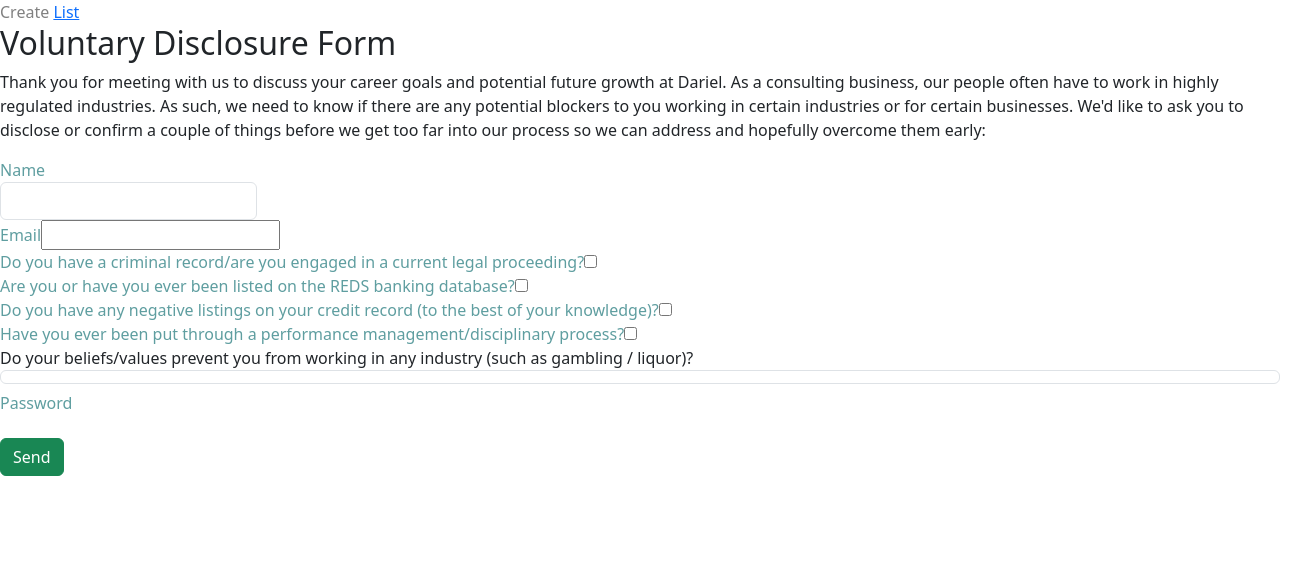
Repository: NtuthukoM/VoluntaryDisclosure
Page: / (app in disclosures-client/)
An editor plug-in stored every save of this project. The page is shown before and after a run of saves, followed by the edit.
The browser window is 1280 px wide. The page is 1292 px wide, so the pictures cover 1292 px, including what lies to the right of the window. The pictures show the whole page.
The project was rebuilt for these pictures with package versions that can differ from the ones it lists, and the page was loaded fresh each time. Also part of the build but not shown: disclosures-client/src/pages/ListDisclosures.js, disclosures-client/src/pages/DisclosureDetails.js, disclosures-client/src/pages/DisclosureSubmitted.js.

Above is the page before, as saved 2023-05-30 20:40:54.

### disclosures-client/public/index.html
<!DOCTYPE html>
<html lang="en">
  <head>
    <meta charset="utf-8" />

    <meta name="viewport" content="width=device-width, initial-scale=1" />
    <meta name="theme-color" content="#000000" />
    <meta
      name="description"
      content="Web site created using create-react-app"
    />
    <link rel="apple-touch-icon" href="%PUBLIC_URL%/logo192.png" />
    <!--
      manifest.json provides metadata used when your web app is installed on a
      user's mobile device or desktop. See https://developers.google.com/web/fundamentals/web-app-manifest/
    -->
    <link rel="manifest" href="%PUBLIC_URL%/manifest.json" />
    <!--
      Notice the use of %PUBLIC_URL% in the tags above.
      It will be replaced with the URL of the `public` folder during the build.
      Only files inside the `public` folder can be referenced from the HTML.

      Unlike "/favicon.ico" or "favicon.ico", "%PUBLIC_URL%/favicon.ico" will
      work correctly both with client-side routing and a non-root public URL.
      Learn how to configure a non-root public URL by running `npm run build`.
    -->
    <title>React App</title>
  </head>
  <body>
    <noscript>You need to enable JavaScript to run this app.</noscript>
    <div id="root"></div>
    <!--
      This HTML file is a template.
      If you open it directly in the browser, you will see an empty page.

      You can add webfonts, meta tags, or analytics to this file.
      The build step will place the bundled scripts into the <body> tag.

      To begin the development, run `npm start` or `yarn start`.
      To create a production bundle, use `npm run build` or `yarn build`.
    -->
  </body>
</html>

### disclosures-client/src/index.js
import React from 'react';
import ReactDOM from 'react-dom/client';
import './bootstrap.css';
// import './index.css';
import App from './App';
import reportWebVitals from './reportWebVitals';

const root = ReactDOM.createRoot(document.getElementById('root'));
root.render(
  <React.StrictMode>
    <App />
  </React.StrictMode>
);

// If you want to start measuring performance in your app, pass a function
// to log results (for example: reportWebVitals(console.log))
// or send to an analytics endpoint. Learn more: https://bit.ly/CRA-vitals
reportWebVitals();

### disclosures-client/src/App.js
import logo from './logo.svg';
import {CreateDisclosures} from './pages/CreateDisclosure';
import {ListDisclosures} from './pages/ListDisclosures';
import {DisclosureDetails} from './pages/DisclosureDetails';
import {DisclosureSubmitted} from './pages/DisclosureSubmitted';
import { BrowserRouter, Routes, Route } from "react-router-dom";
import './App.css';

function App() {
  return (

      <BrowserRouter>
        <Routes>
          <Route path="/" element={<CreateDisclosures/>} />
          <Route path="/list" element={<ListDisclosures/>} />
          <Route path="/submitted" element={<DisclosureSubmitted/>} />
          <Route path="/details/:id" element={<DisclosureDetails/>} />
        </Routes>
      </BrowserRouter>
  );
}

export default App;

### disclosures-client/src/pages/CreateDisclosure.js
import { useState } from "react";
import { discloseUrl} from '../models/models';
import { Nav} from "../components/nav";
import { redirect } from "react-router-dom";

export function CreateDisclosures(){
    const [fullName, setFullName] = useState('');
    const [email, setEmail] = useState('');
    const [criminalRecord, setCriminalRecord] = useState(false);
    const [redsBankingDbListed, setRedsBankingDbListed] = useState(false);
    const [negativeCreditListing, setNegativeCreditListing] = useState(false);
    const [performanceManagementPlaced, setPerformanceManagementPlaced] = useState(false);
    const [ethicalIndustringRestriction, setEthicalIndustringRestriction] = useState(false);
    const [submitting, setSubmitting] = useState(false);

    function onFormSubmit(e){
        e.preventDefault();
        setSubmitting(true);
        let model = {
            fullName: fullName,
            email: email,
            criminalRecord: criminalRecord,
            redsBankingDbListed: redsBankingDbListed,
            negativeCreditListing: negativeCreditListing,
            performanceManagementPlaced: performanceManagementPlaced,
            ethicalIndustringRestriction: ethicalIndustringRestriction
        }
        const ops = {
            method: 'POST',
            headers: {
                "Content-Type": "application/json",
                // 'Content-Type': 'application/x-www-form-urlencoded',
              },
              redirect: "follow", // manual, *follow, error
              referrerPolicy: "no-referrer", // no-referrer, *no-referrer-when-downgrade, origin, origin-when-cross-origin, same-origin, strict-origin, strict-origin-when-cross-origin, unsafe-url
              body: JSON.stringify(model), // body data type must match "Content-Type" header
        };
        const response = fetch(discloseUrl, ops)
        .then(() => {
            setSubmitting(false);
            console.log('redirecting');
           return redirect("/submitted");
        }).catch(exc => console.log(`error ${exc}`));
    }
    return (
        <>
            <Nav />
            <h2>Voluntary Disclosure Form</h2>
            <p>
                Thank you for meeting with us to discuss your career goals and potential future growth at Dariel.
                As a consulting business, our people often have to work in highly regulated industries.
                As such, we need to know if there are any potential blockers to you working in certain industries or for certain businesses.
                We'd like to ask you to disclose or confirm a couple of things before we get too far into our process so we can address and hopefully overcome them early:
            </p>
            <form onSubmit={onFormSubmit}>


            <div className="form-group">
                <label>
                    Name
                    <input className="form-control" type="text" value={fullName} onChange={(e) => setFullName(e.target.value) } disabled={submitting} />
                </label>
            </div>

            <div>
                <label>
                    Email
                    <input type="text" value={email} onChange={e => setEmail(e.target.value)} disabled={submitting}  />
                </label>
            </div>


            <div>
                <label>
                    Do you have a criminal record/are you engaged in a current legal proceeding?
                    <input type="checkbox" value={criminalRecord} onChange={e => {
                        setCriminalRecord(!criminalRecord);
                        }}  disabled={submitting} />
                </label>
            </div>
            <div>
                <label>
                Are you or have you ever been listed on the REDS banking database?
                    <input type="checkbox"  value={redsBankingDbListed} onChange={e => {
                        setRedsBankingDbListed(!redsBankingDbListed);
                        }}  disabled={submitting} />
                </label>
            </div>
            <div>
                <label>
                Do you have any negative listings on your credit record (to the best of your knowledge)?
                    <input type="checkbox"  value={negativeCreditListing} onChange={e => {
                        setNegativeCreditListing(!negativeCreditListing);
                        }}  disabled={submitting} />
                </label>
            </div>
            <div>
                <label>
                Have you ever been put through a performance management/disciplinary process?
                    <input type="checkbox"  value={performanceManagementPlaced} onChange={e => {
                        setPerformanceManagementPlaced(!performanceManagementPlaced);
                        }}  disabled={submitting} />
                </label>
            </div>
            <div>
                <label>
                </label>
                Do your beliefs/values prevent you from working in any industry (such as gambling / liquor)?
                    <input type="checkbox" className="form-control"  value={ethicalIndustringRestriction} onChange={e => {
                        setEthicalIndustringRestriction(!ethicalIndustringRestriction);
                        }}  disabled={submitting} />
            </div>
            <div class="mb-3 row">
    <label for="inputPassword" className="col-sm-2 col-form-label">Password</label>
    <div className="col-sm-10">

    </div>
  </div>
            <div>
                <button className="btn btn-success" disabled={submitting}>Send</button>
            </div>
             </form>
        </>
    );
}

### disclosures-client/src/App.css
.App {
  text-align: center;
}

.active {
  color: gray;
  text-decoration: none;
  cursor: default;
}

label {
  color: cadetblue;
}

.App-logo {
  height: 40vmin;
  pointer-events: none;
}

@media (prefers-reduced-motion: no-preference) {
  .App-logo {
    animation: App-logo-spin infinite 20s linear;
  }
}

.App-header {
  background-color: #282c34;
  min-height: 100vh;
  display: flex;
  flex-direction: column;
  align-items: center;
  justify-content: center;
  font-size: calc(10px + 2vmin);
  color: white;
}

.App-link {
  color: #61dafb;
}

@keyframes App-logo-spin {
  from {
    transform: rotate(0deg);
  }
  to {
    transform: rotate(360deg);
  }
}

### disclosures-client/src/models/models.js
export const discloseUrl = 'https://localhost:7163/api/Disclosures';

### disclosures-client/src/components/nav.js
import {NavLink} from "react-router-dom"

export function Nav(){
    return (
        <>
            <nav>
                <NavLink to="/" className={({isActive}) => isActive ? "active" : "go-to"}>Create </NavLink>
                <NavLink to="/list" className={({isActive}) => isActive ? "active" : ""}>List </NavLink>
            </nav>
        </>
    )
}

Loaded but not shown: disclosures-client/src/bootstrap.css (library); disclosures-client/src/reportWebVitals.js (common file)

After the next 2 saves:
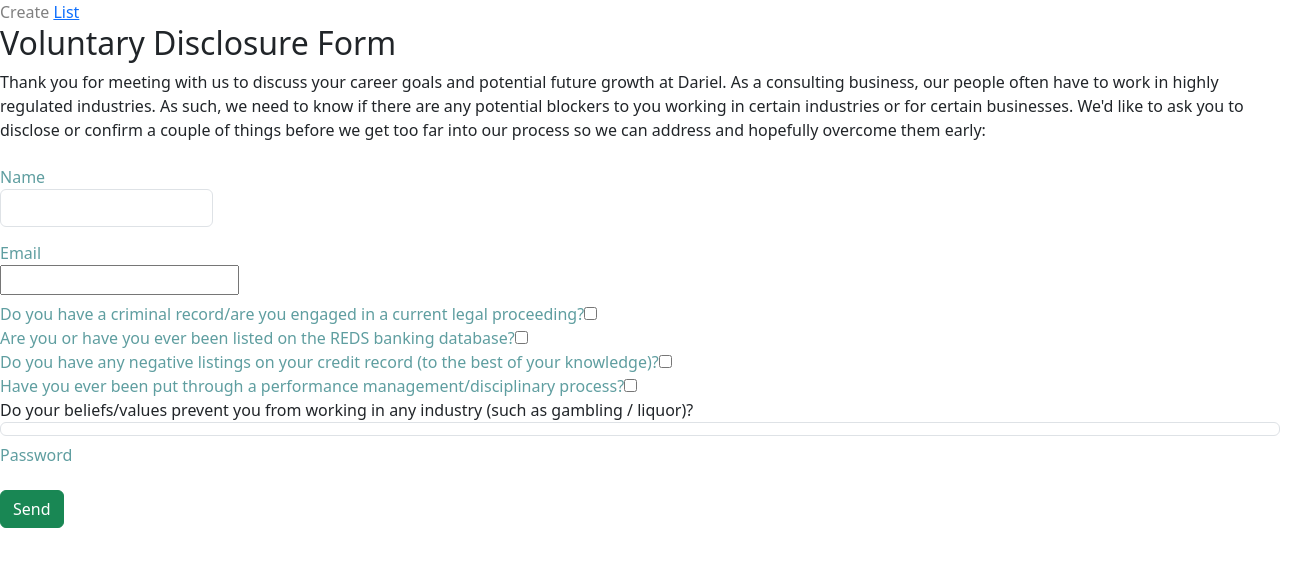
The 2 saves are shown as one change because they came seconds apart.
The last was saved 31 s later.
--- a/disclosures-client/src/pages/CreateDisclosure.js
+++ b/disclosures-client/src/pages/CreateDisclosure.js
@@ -56,14 +56,14 @@ export function CreateDisclosures(){
 
 
             <div className="form-group">
-                <label>
+                <label className="col-sm-2 col-form-label">
                     Name
                     <input className="form-control" type="text" value={fullName} onChange={(e) => setFullName(e.target.value) } disabled={submitting} />
                 </label>
             </div>
 
             <div>
-                <label>
+                <label className="col-sm-2 col-form-label">
                     Email
                     <input type="text" value={email} onChange={e => setEmail(e.target.value)} disabled={submitting}  />
                 </label>
